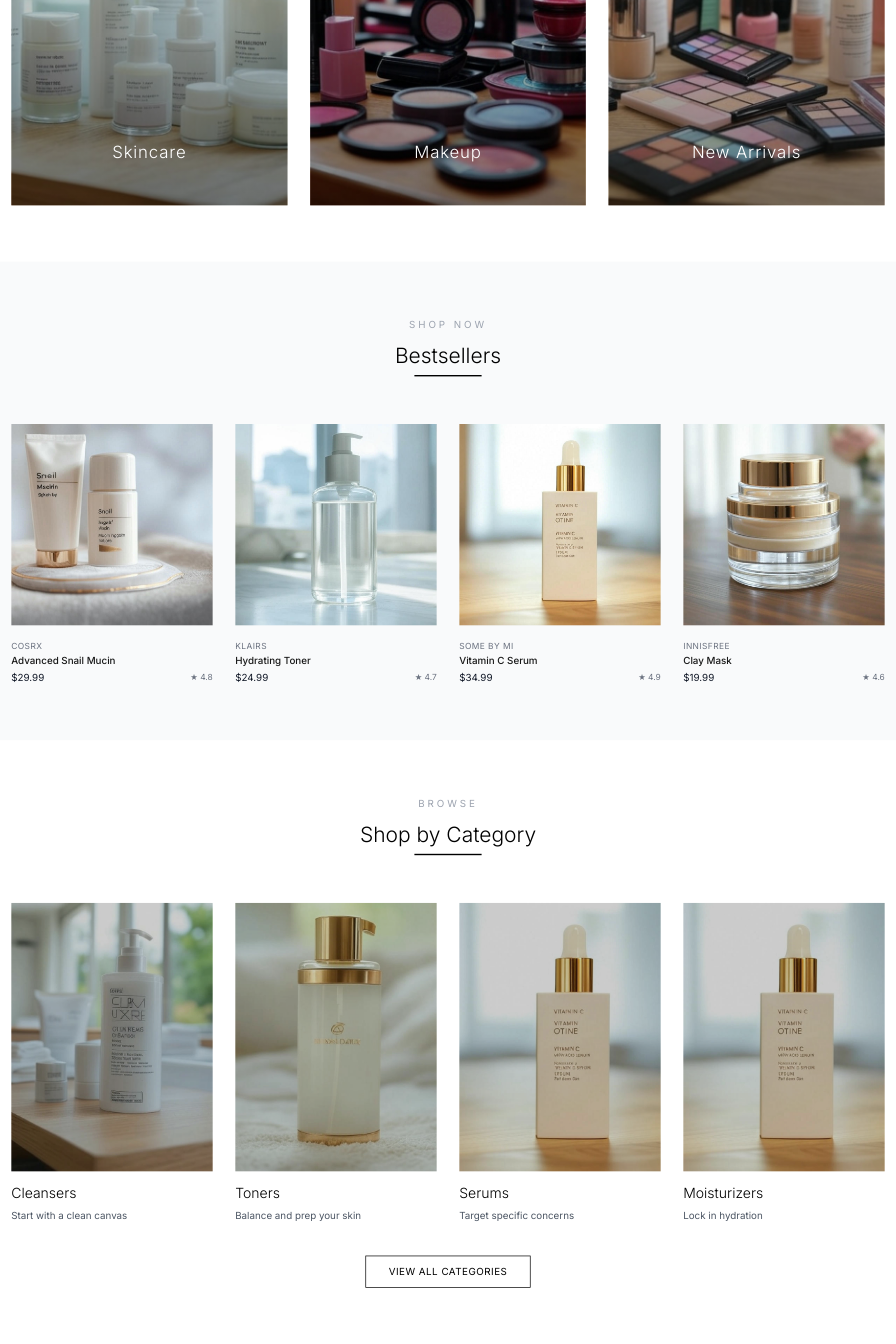
Repository: Innovate-X-ab/ImpresionKBeauty
Page: /
The author's editor kept a copy of each file at every save. The page is drawn from the files as they stood at one save, then again after the next save.
The browser window is 1280 px wide. The pictures show the part of the page from y = 1184 to 3104 px (the page is 3104 px tall), at 70% of full size.
The project was rebuilt for these pictures with package versions that can differ from the ones it lists, and the page was loaded fresh each time. The framework's server and built-in components were replaced by stand-ins that run in the browser. Also part of the build but not shown: next.config.ts.

Above is the page before, as saved 2025-02-23 22:57:32.

### src/app/layout.tsx
// src/app/layout.tsx
import type { Metadata } from "next";
import { Inter } from "next/font/google";
import "./globals.css";
import { CartProvider } from "@/contexts/CartContext";

const inter = Inter({ subsets: ["latin"] });

export const metadata: Metadata = {
  title: "Impression K Beauty",
  description: "Premium Korean Beauty Products",
};

export default function RootLayout({
  children,
}: {
  children: React.ReactNode;
}) {
  return (
    <html lang="en">
      <body className={inter.className}>
        <CartProvider>
          {children}
        </CartProvider>
      </body>
    </html>
  );
}

### src/app/page.tsx
// src/app/page.tsx
import Header from "@/components/layout/Header";
import Hero from "@/components/layout/Hero";
import FeaturedProducts from "@/components/layout/FeaturedProducts";
import Link from "next/link";


const ShopByCategory = () => {
  const categories = [
    {
      name: 'Cleansers',
      image: '/images/products/cleansers.jpg',
      description: 'Start with a clean canvas',
      link: '/collections/cleansers'
    },
    {
      name: 'Toners',
      image: '/images/products/toners.jpg',
      description: 'Balance and prep your skin',
      link: '/collections/toners'
    },
    {
      name: 'Serums',
      image: '/images/products/vitamin-c.jpg',
      description: 'Target specific concerns',
      link: '/collections/serums'
    },
    {
      name: 'Moisturizers',
      image: '/images/products/vitamin-c.jpg',
      description: 'Lock in hydration',
      link: '/collections/moisturizers'
    }
  ];

  return (
    <section className="py-20 bg-white">
      <div className="container mx-auto px-4">
        {/* Section Header */}
        <div className="relative flex flex-col items-center mb-16">
          <span className="text-sm uppercase tracking-[0.3em] text-gray-400 mb-4">Browse</span>
          <h2 className="text-3xl text-black font-light mb-4 relative">
            Shop by Category
            <span className="absolute -bottom-3 left-1/2 transform -translate-x-1/2 w-24 h-0.5 bg-black"></span>
          </h2>
        </div>

        {/* Category Grid */}
        <div className="grid grid-cols-1 md:grid-cols-2 lg:grid-cols-4 gap-8">
          {categories.map((category, index) => (
            <Link
              href={category.link}
              key={index}
              className="group block"
            >
              <div className="relative aspect-[3/4] overflow-hidden mb-4">
                <img
                  src={category.image}
                  alt={category.name}
                  className="w-full h-full object-cover transition-transform duration-700 group-hover:scale-105"
                />
                <div className="absolute inset-0 bg-black bg-opacity-20 transition-opacity duration-300 group-hover:bg-opacity-30" />
              </div>
              <h3 className="text-xl font-light text-black mb-2">{category.name}</h3>
              <p className="text-sm text-gray-600">{category.description}</p>
            </Link>
          ))}
        </div>

        {/* View All Categories Link */}
        <div className="text-center mt-12">
          <Link
            href="/collections/all"
            className="inline-block border border-black text-black px-8 py-3 text-sm uppercase tracking-wider hover:bg-black hover:text-white transition-colors"
          >
            View All Categories
          </Link>
        </div>
      </div>
    </section>
  );
};

export default function Home() {
  return (
    <main className="min-h-screen">
      <Header />
      <Hero />
      <FeaturedProducts />
      <ShopByCategory />
    </main>
  );
}

### src/contexts/CartContext.tsx
// src/contexts/CartContext.tsx
'use client';

import { createContext, useContext, useReducer, useEffect } from 'react';
import { Product } from '@prisma/client';

interface CartItem {
  product: Product;
  quantity: number;
}

interface CartState {
  items: CartItem[];
  totalItems: number;
  totalAmount: number;
}

type CartAction =
  | { type: 'ADD_ITEM'; payload: CartItem }
  | { type: 'REMOVE_ITEM'; payload: string }
  | { type: 'UPDATE_QUANTITY'; payload: { productId: string; quantity: number } }
  | { type: 'CLEAR_CART' };

interface CartContextType {
  state: CartState;
  addItem: (product: Product, quantity: number) => void;
  removeItem: (productId: string) => void;
  updateQuantity: (productId: string, quantity: number) => void;
  clearCart: () => void;
}

const CartContext = createContext<CartContextType | undefined>(undefined);

const cartReducer = (state: CartState, action: CartAction): CartState => {
  switch (action.type) {
    case 'ADD_ITEM': {
      const existingItemIndex = state.items.findIndex(
        item => item.product.id === action.payload.product.id
      );

      let newItems;
      if (existingItemIndex >= 0) {
        newItems = state.items.map((item, index) => {
          if (index === existingItemIndex) {
            return {
              ...item,
              quantity: item.quantity + action.payload.quantity
            };
          }
          return item;
        });
      } else {
        newItems = [...state.items, action.payload];
      }

      return {
        ...state,
        items: newItems,
        totalItems: newItems.reduce((sum, item) => sum + item.quantity, 0),
        totalAmount: newItems.reduce(
          (sum, item) => sum + Number(item.product.price) * item.quantity,
          0
        )
      };
    }

    case 'REMOVE_ITEM': {
      const newItems = state.items.filter(item => item.product.id !== action.payload);
      return {
        ...state,
        items: newItems,
        totalItems: newItems.reduce((sum, item) => sum + item.quantity, 0),
        totalAmount: newItems.reduce(
          (sum, item) => sum + Number(item.product.price) * item.quantity,
          0
        )
      };
    }

    case 'UPDATE_QUANTITY': {
      const newItems = state.items.map(item => {
        if (item.product.id === action.payload.productId) {
          return {
            ...item,
            quantity: action.payload.quantity
          };
        }
        return item;
      });

      return {
        ...state,
        items: newItems,
        totalItems: newItems.reduce((sum, item) => sum + item.quantity, 0),
        totalAmount: newItems.reduce(
          (sum, item) => sum + Number(item.product.price) * item.quantity,
          0
        )
      };
    }

    case 'CLEAR_CART':
      return {
        items: [],
        totalItems: 0,
        totalAmount: 0
      };

    default:
      return state;
  }
};

const initialState: CartState = {
  items: [],
  totalItems: 0,
  totalAmount: 0
};

export function CartProvider({ children }: { children: React.ReactNode }) {
  const [state, dispatch] = useReducer(cartReducer, initialState);

  // Load cart from localStorage on mount
  useEffect(() => {
    const savedCart = localStorage.getItem('cart');
    if (savedCart) {
      const parsedCart = JSON.parse(savedCart);
      parsedCart.items.forEach((item: CartItem) => {
        dispatch({ type: 'ADD_ITEM', payload: item });
      });
    }
  }, []);

  // Save cart to localStorage on change
  useEffect(() => {
    localStorage.setItem('cart', JSON.stringify(state));
  }, [state]);

  const addItem = (product: Product, quantity: number) => {
    dispatch({ type: 'ADD_ITEM', payload: { product, quantity } });
  };

  const removeItem = (productId: string) => {
    dispatch({ type: 'REMOVE_ITEM', payload: productId });
  };

  const updateQuantity = (productId: string, quantity: number) => {
    dispatch({ type: 'UPDATE_QUANTITY', payload: { productId, quantity } });
  };

  const clearCart = () => {
    dispatch({ type: 'CLEAR_CART' });
  };

  return (
    <CartContext.Provider
      value={{
        state,
        addItem,
        removeItem,
        updateQuantity,
        clearCart
      }}
    >
      {children}
    </CartContext.Provider>
  );
}

export function useCart() {
  const context = useContext(CartContext);
  if (context === undefined) {
    throw new Error('useCart must be used within a CartProvider');
  }
  return context;
}

### src/components/layout/Header.tsx
'use client';

import Link from "next/link";
import { ShoppingBag, Menu, X } from "lucide-react";
import { useCart } from "@/contexts/CartContext";
import { useState, useEffect } from "react";

export default function Header() {
  const { state } = useCart();
  const [isMenuOpen, setIsMenuOpen] = useState(false);
  const [isScrolled, setIsScrolled] = useState(false);

  useEffect(() => {
    const handleScroll = () => {
      setIsScrolled(window.scrollY > 0);
    };

    window.addEventListener('scroll', handleScroll);
    return () => window.removeEventListener('scroll', handleScroll);
  }, []);

  return (
    <>
      <header
        className={`w-full ${isScrolled ? 'bg-white shadow-sm' : 'bg-white border-b border-gray-100'}`}
        style={{ height: '80px' }}
      >
        <div className="container mx-auto px-4 h-full">
          <div className="flex items-center justify-between h-full">
            {/* Mobile Menu Button */}
            <button
              onClick={() => setIsMenuOpen(!isMenuOpen)}
              className="lg:hidden"
            >
              {isMenuOpen ? <X /> : <Menu />}
            </button>

            {/* Logo */}
            <Link href="/" className="text-2xl font-light tracking-wider text-black">
              IMPRESSION K BEAUTY
            </Link>

            {/* Desktop Navigation */}
            <nav className="hidden lg:flex items-center space-x-8 text-gray-600">
              <Link href="/collections/new" className="text-sm hover:text-gray-600">NEW</Link>
              <Link href="/collections/bestsellers" className="text-sm hover:text-gray-600">BESTSELLERS</Link>
              <Link href="/collections/skincare" className="text-sm hover:text-gray-600">SKINCARE</Link>
              <Link href="/collections/makeup" className="text-sm hover:text-gray-600">MAKEUP</Link>
              <Link href="/collections/brands" className="text-sm hover:text-gray-600">BRANDS</Link>
            </nav>

            {/* Cart Icon */}
            <Link href="/cart" className="relative text-gray-600">
              <ShoppingBag className="w-6 h-6" />
              {state.totalItems > 0 && (
                <span className="absolute -top-2 -right-2 bg-black text-white text-xs rounded-full w-5 h-5 flex items-center justify-center">
                  {state.totalItems}
                </span>
              )}
            </Link>
          </div>
        </div>
      </header>

      {/* Mobile Menu */}
      {isMenuOpen && (
        <div className="lg:hidden fixed top-[80px] left-0 right-0 bg-white z-50 border-b border-gray-100 shadow-sm text-gray-00">
          <div className="container mx-auto px-4 py-4 flex items-center justify-between">
            <nav className="flex flex-col space-y-4 text-sm w-full pb-4 border-b border-gray-100 text-gray-600">
              <Link href="/collections/new" className="text-sm hover:text-gray-600">NEW</Link>
              <Link href="/collections/bestsellers" className="text-sm hover:text-gray-600">BESTSELLERS</Link>
              <Link href="/collections/skincare" className="text-sm hover:text-gray-600">SKINCARE</Link>
              <Link href="/collections/makeup" className="text-sm hover:text-gray-600">MAKEUP</Link>
              <Link href="/collections/brands" className="text-sm hover:text-gray-600">BRANDS</Link>
            </nav>
          </div>
        </div>
      )}
    </>
  );
}

### src/components/layout/Hero.tsx
//src/components/layout/Hero.tsx

'use client';

import { useState, useEffect, useCallback  } from 'react';
import Link from 'next/link';
import Image from 'next/image';
import { ChevronLeft, ChevronRight } from 'lucide-react';

const slides = [
  {
    id: 1,
    image: '/images/hero-1.jpg',
    title: 'Discover Your Glow',
    subtitle: 'Korean Beauty Essentials',
    description: 'Experience the magic of K-Beauty with our curated collection of premium skincare products.',
    cta: 'Shop Skincare',
    link: '/collections/skincare',
    align: 'right' // Image on right, text on left
  },
  {
    id: 2,
    image: '/images/hero-2.jpg',
    title: 'Spring Collection',
    subtitle: 'New Arrivals',
    description: 'Refresh your beauty routine with our latest spring arrivals. Clean, gentle, and effective formulations.',
    cta: 'View New Arrivals',
    link: '/collections/new',
    align: 'left' // Image on left, text on right
  },
  {
    id: 3,
    image: '/images/hero-3.jpg',
    title: 'Beauty Sets',
    subtitle: 'Perfect Combinations',
    description: 'Curated sets for every skin type. Save more when you buy together.',
    cta: 'Shop Sets',
    link: '/collections/sets',
    align: 'right'
  }
];

export default function HeroSlider() {
  const [currentSlide, setCurrentSlide] = useState(0);
  const [isAnimating, setIsAnimating] = useState(false);


  const handleNext = useCallback(() => {
    if (isAnimating) return;
    setIsAnimating(true);
    setCurrentSlide((prev) => (prev === slides.length - 1 ? 0 : prev + 1));
    setTimeout(() => setIsAnimating(false), 500);
  }, [isAnimating]);

  useEffect(() => {
    const timer = setInterval(() => {
      handleNext();
    }, 3000);

    return () => clearInterval(timer);
  }, [handleNext]);

  const handlePrevious = () => {
    if (isAnimating) return;
    setIsAnimating(true);
    setCurrentSlide((prev) => (prev === 0 ? slides.length - 1 : prev - 1));
    setTimeout(() => setIsAnimating(false), 500);
  };

  const slide = slides[currentSlide];

  return (
    <section className="relative overflow-hidden bg-gray-100" style={{ height: 'calc(100vh - 80px)' }}>
      {/* Slide Content */}
      <div className="relative h-full">
        <div className={`flex h-full transition-transform duration-500 ease-in-out ${isAnimating ? 'blur-sm' : ''}`}>
          {/* Image Section */}
          <div className={`w-1/2 relative ${slide.align === 'left' ? 'order-1' : 'order-2'}`}>
            <Image
              src={slide.image}
              alt={slide.title}
              fill
              className="object-cover"
              priority
            />
            <div className="absolute inset-0 bg-black/10" />
          </div>

          {/* Text Section */}
          <div className={`w-1/2 flex items-center ${slide.align === 'left' ? 'order-2' : 'order-1'}`}>
            <div className="max-w-xl mx-auto px-8">
              <span className="block text-sm font-medium tracking-[0.2em] text-gray-500 mb-4 uppercase">
                {slide.subtitle}
              </span>
              <h1 className="text-5xl font-light text-black mb-6 tracking-wide">
                {slide.title}
              </h1>
              <p className="text-gray-600 text-lg mb-8 leading-relaxed">
                {slide.description}
              </p>
              <Link
                href={slide.link}
                className="inline-block bg-black text-white px-8 py-4 text-sm uppercase tracking-wider hover:bg-gray-900 transition-colors"
              >
                {slide.cta}
              </Link>
            </div>
          </div>
        </div>
      </div>

      {/* Navigation Arrows */}
      <button
        onClick={handlePrevious}
        className="absolute left-4 top-1/2 -translate-y-1/2 w-12 h-12 flex items-center justify-center bg-white/80 rounded-full hover:bg-white transition-colors"
        aria-label="Previous slide"
      >
        <ChevronLeft className="w-6 h-6" />
      </button>
      <button
        onClick={handleNext}
        className="absolute right-4 top-1/2 -translate-y-1/2 w-12 h-12 flex items-center justify-center bg-white/80 rounded-full hover:bg-white transition-colors"
        aria-label="Next slide"
      >
        <ChevronRight className="w-6 h-6" />
      </button>

      {/* Slide Indicators */}
      <div className="absolute bottom-8 left-1/2 -translate-x-1/2 flex space-x-3">
        {slides.map((_, index) => (
          <button
            key={index}
            onClick={() => setCurrentSlide(index)}
            className={`w-2 h-2 rounded-full transition-all duration-300 ${
              currentSlide === index ? 'bg-black w-8' : 'bg-gray-400'
            }`}
            aria-label={`Go to slide ${index + 1}`}
          />
        ))}
      </div>
    </section>
  );
}

### src/components/layout/FeaturedProducts.tsx
//src/components/layout/FeaturedProducts.tsx

'use client';

import Link from "next/link";

export default function FeaturedProducts() {
  return (
    <>
      {/* Featured Collections */}
      <section className="py-20 bg-white">
        <div className="container mx-auto px-4 bg-white">
          {/* Decorative heading */}
          <div className="relative flex flex-col items-center mb-16">
            <span className="text-sm uppercase tracking-[0.3em] text-gray-400 mb-4">Discover</span>
            <h2 className="text-3xl text-black font-light mb-4 relative">
              Featured Collections
              <span className="absolute -bottom-3 left-1/2 transform -translate-x-1/2 w-24 h-0.5 bg-black"></span>
            </h2>
          </div>

          <div className="grid grid-cols-1 md:grid-cols-3 gap-8">
            {[
              { title: 'Skincare', image: '/images/placeholder-600x800.jpg', description: 'Discover radiant skin' },
              { title: 'Makeup', image: '/images/placeholder-400x400.jpg', description: 'Enhance your beauty' },
              { title: 'New Arrivals', image: '/images/placeholder-300x300.jpg', description: 'Latest innovations' }
            ].map((collection, index) => (
              <Link href={`/collections/${collection.title.toLowerCase()}`} key={index} className="group">
                <div className="relative aspect-[3/4] overflow-hidden">
                  <img
                    src={collection.image}
                    alt={collection.title}
                    className="w-full h-full object-cover transition-transform duration-700 group-hover:scale-105"
                  />
                  <div className="absolute inset-0 bg-gradient-to-t from-black/50 to-transparent" />
                  <div className="absolute inset-0 flex flex-col items-center justify-end pb-8">
                    <h3 className="text-white text-2xl font-light tracking-wider mb-2">{collection.title}</h3>
                    <p className="text-white/80 text-sm tracking-wider transform translate-y-4 opacity-0 transition-all duration-300 group-hover:translate-y-0 group-hover:opacity-100">
                      {collection.description}
                    </p>
                  </div>
                </div>
              </Link>
            ))}
          </div>
        </div>
      </section>

{/* Bestsellers Section */}
<section className="py-20 bg-gray-50">
  <div className="container mx-auto px-4">
    {/* Decorative heading */}
    <div className="relative flex flex-col items-center mb-16">
      <span className="text-sm uppercase tracking-[0.3em] text-gray-400 mb-4">Shop Now</span>
      <h2 className="text-3xl text-black font-light mb-4 relative">
        Bestsellers
        <span className="absolute -bottom-3 left-1/2 transform -translate-x-1/2 w-24 h-0.5 bg-black"></span>
      </h2>
    </div>

    <div className="grid grid-cols-1 md:grid-cols-4 gap-8">
      {[
        {
          name: 'Advanced Snail Mucin',
          price: 29.99,
          image: '/images/products/snail-mucin.jpg',
          brand: 'COSRX',
          rating: 4.8
        },
        {
          name: 'Hydrating Toner',
          price: 24.99,
          image: '/images/products/toner.jpg',
          brand: 'Klairs',
          rating: 4.7
        },
        {
          name: 'Vitamin C Serum',
          price: 34.99,
          image: '/images/products/vitamin-c.jpg',
          brand: 'Some By Mi',
          rating: 4.9
        },
        {
          name: 'Clay Mask',
          price: 19.99,
          image: '/images/products/clay-mask.jpg',
          brand: 'Innisfree',
          rating: 4.6
        }
      ].map((product, index) => (
        <div key={index} className="group cursor-pointer">
          <div className="relative aspect-square overflow-hidden mb-4 bg-white">
            <img
              src={product.image}
              alt={product.name}
              className="w-full h-full object-cover transition-transform duration-700 group-hover:scale-105"
            />
            <div className="absolute inset-0 bg-black/20 opacity-0 transition-opacity duration-300 group-hover:opacity-100" />
            {/* Quick view button */}
            <button className="absolute bottom-4 left-1/2 -translate-x-1/2 bg-white text-black px-6 py-2 text-sm uppercase tracking-wider opacity-0 transform translate-y-4 transition-all duration-300 group-hover:opacity-100 group-hover:translate-y-0">
              Quick View
            </button>
          </div>
          <span className="text-xs text-gray-500 uppercase tracking-wider">{product.brand}</span>
          <h4 className="text-sm font-medium mb-1 transition-colors duration-300 group-hover:text-gray-700">
            {product.name}
          </h4>
          <div className="flex items-center justify-between">
            <p className="text-sm text-gray-900">${product.price}</p>
            <span className="text-xs text-gray-500">★ {product.rating}</span>
          </div>
        </div>
      ))}
    </div>
  </div>
</section>
    </>
  );
}

Loaded but not shown: src/app/globals.css (common file); tailwind.config.ts (common file)

After the next save:
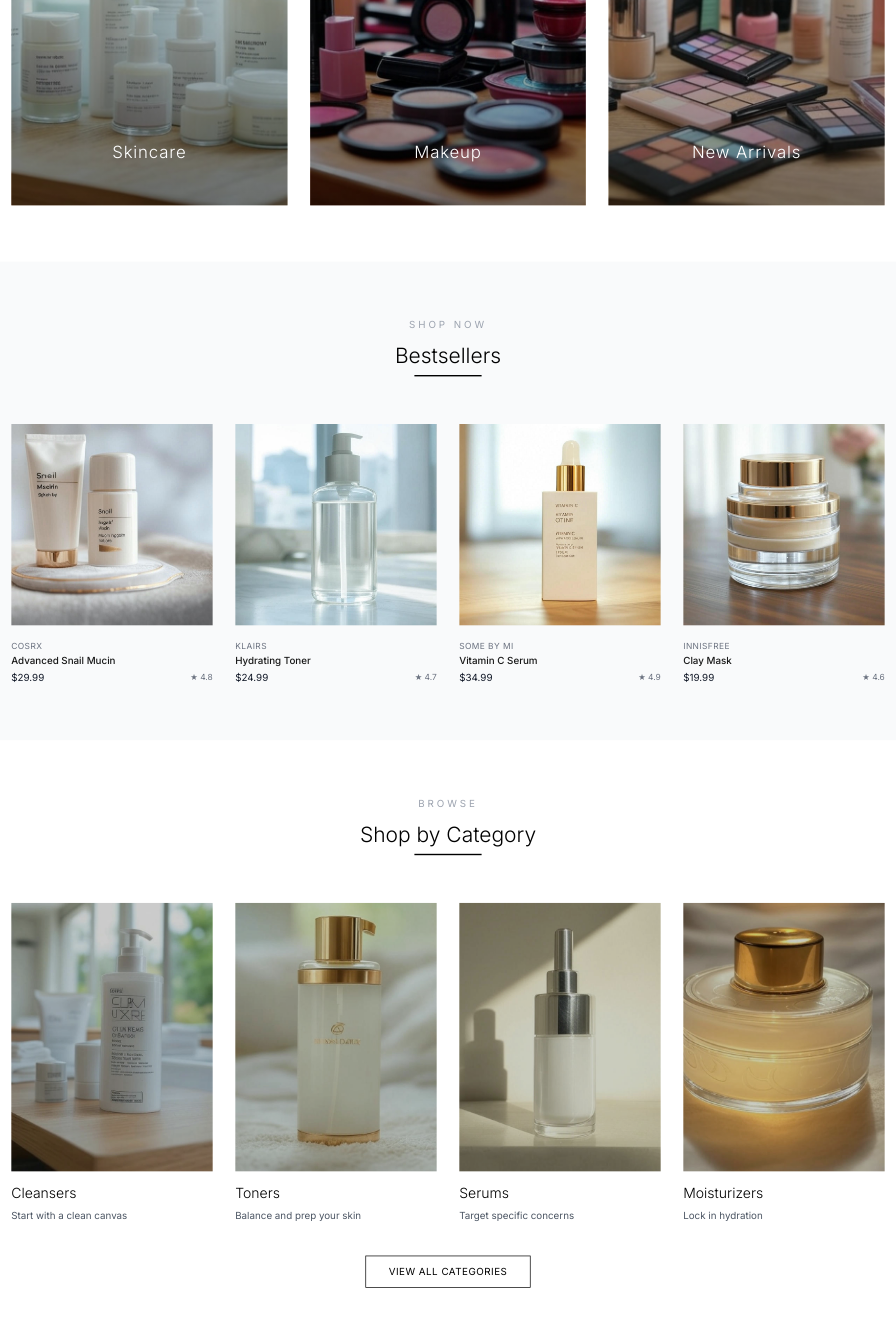
Saved 67 s later.
--- a/src/app/page.tsx
+++ b/src/app/page.tsx
@@ -21,13 +21,13 @@ const ShopByCategory = () => {
     },
     {
       name: 'Serums',
-      image: '/images/products/vitamin-c.jpg',
+      image: '/images/products/serums.jpg',
       description: 'Target specific concerns',
       link: '/collections/serums'
     },
     {
       name: 'Moisturizers',
-      image: '/images/products/vitamin-c.jpg',
+      image: '/images/products/moisturizer.jpg',
       description: 'Lock in hydration',
       link: '/collections/moisturizers'
     }
